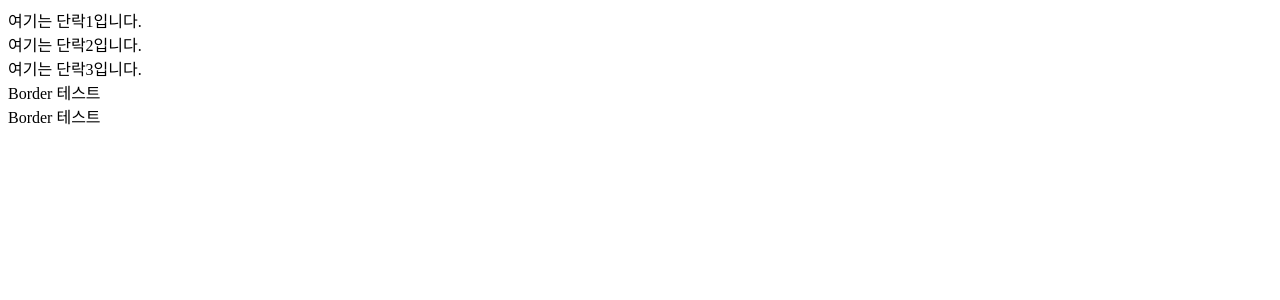
Repository: XenosJM/WEB_CODES
Page: Web02_CSS/src/main/webapp/05_boxmodel.html
The author's editor kept a copy of each file at every save. The page is drawn from the files as they stood at one save, then again after the next save.
The browser window is 1280 px wide. The pictures show the whole page.

Above is the page before, as saved 2024-03-19 07:39:29.

After the next save:
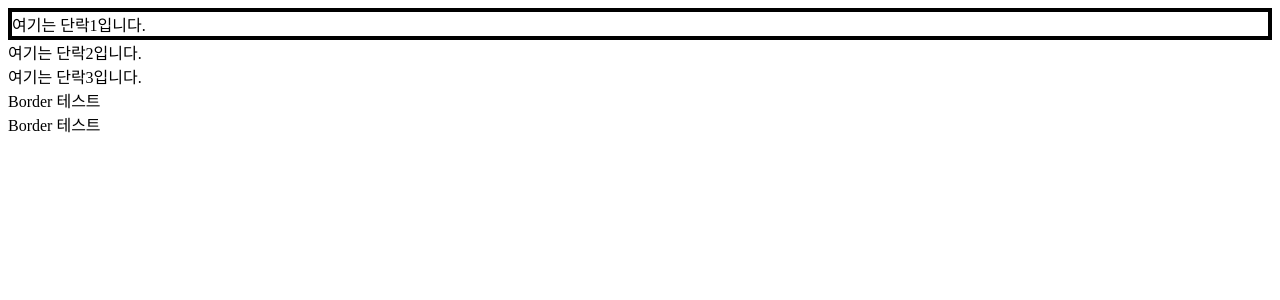
Saved 19 s later.
--- a/Web02_CSS/src/main/webapp/05_boxmodel.html
+++ b/Web02_CSS/src/main/webapp/05_boxmodel.html
@@ -4,7 +4,9 @@
 <meta charset="UTF-8">
 <title>Box Model</title>
 <style type="text/css">
-.c1 {    border: 4px solid black;}.c2 {    border: 4px dotted red;    margin: 10px;}.c3 {    border: 4px dashed blue;    padding: 10px;    margin: 20px;}.c4 {    border-width: 10px;    border-style: groove;    /* solid, dotted, dashed, groove, ridge, inset, none, ... */    border-color: red;}.c5 {    height: 100px;    border-width: 10px;    border-top-style: solid;    border-right-style: dotted;    border-left-style: dashed;    border-bottom-style: double;    border-radius: 20px;}
+.c1 {
+	border : 4px solid black;
+}
 </style>
 
 </head>
